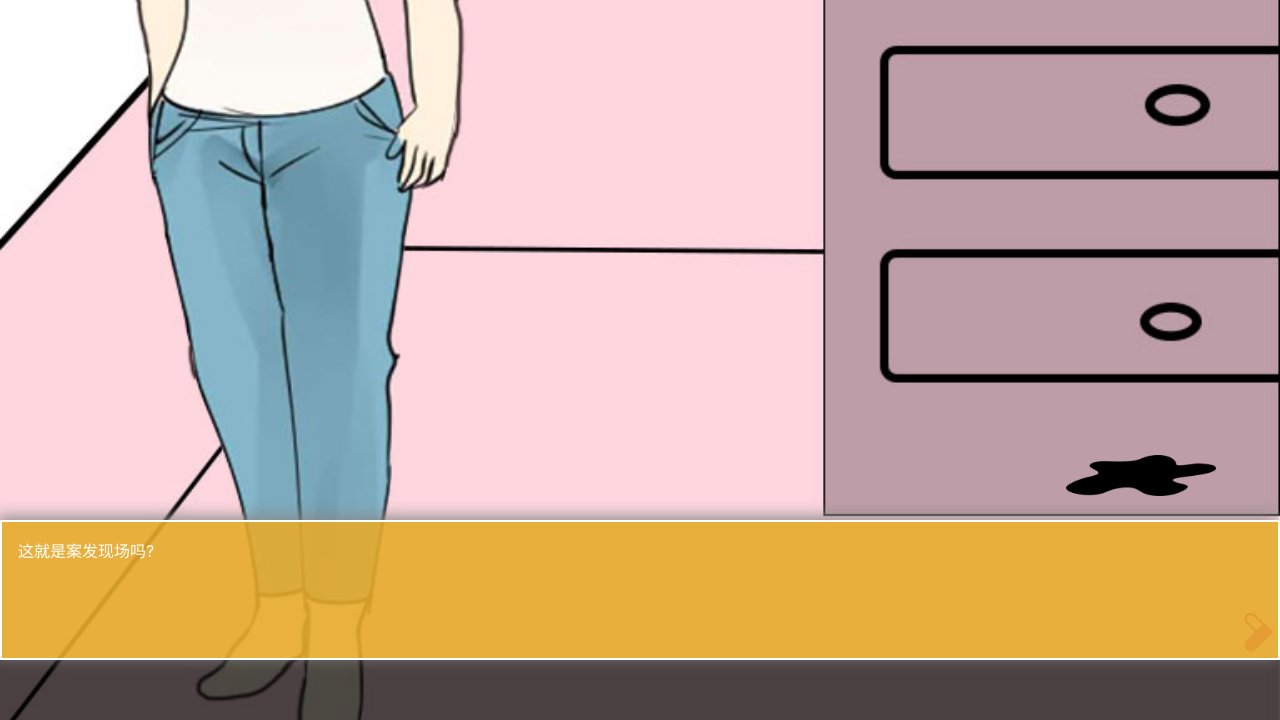
Repository: Jofali/reasoning-genius
Page: /
These files come from the project's save history. The page is drawn as it stood at one moment and after the next save; the edit follows.
The browser window is 1280 px wide. The pictures show the whole page.
The project was rebuilt for these pictures with package versions that can differ from the ones it lists, and the page was loaded fresh each time. Also part of the build but not shown: src/part2/part2.css, src/part2/part2.js.

Above is the page before, as saved 2019-05-22 16:39:25.

### public/index.html
<!DOCTYPE html>
<html lang="en">
  <head>
    <meta charset="utf-8" />
    <link rel="shortcut icon" href="%PUBLIC_URL%/favicon.ico" />
    <meta name="viewport" content="width=device-width, initial-scale=1" />
    <meta name="theme-color" content="#000000" />
    <!--
      manifest.json provides metadata used when your web app is installed on a
      user's mobile device or desktop. See https://developers.google.com/web/fundamentals/web-app-manifest/
    -->
    <link rel="manifest" href="%PUBLIC_URL%/manifest.json" />
    <!--
      Notice the use of %PUBLIC_URL% in the tags above.
      It will be replaced with the URL of the `public` folder during the build.
      Only files inside the `public` folder can be referenced from the HTML.

      Unlike "/favicon.ico" or "favicon.ico", "%PUBLIC_URL%/favicon.ico" will
      work correctly both with client-side routing and a non-root public URL.
      Learn how to configure a non-root public URL by running `npm run build`.
    -->
    <title>Reasoning Genius</title>
  </head>
  <body>
    <noscript>You need to enable JavaScript to run this app.</noscript>
    <div id="root"></div>
    <!--
      This HTML file is a template.
      If you open it directly in the browser, you will see an empty page.

      You can add webfonts, meta tags, or analytics to this file.
      The build step will place the bundled scripts into the <body> tag.

      To begin the development, run `npm start` or `yarn start`.
      To create a production bundle, use `npm run build` or `yarn build`.
    -->
  </body>
</html>

### src/index.css
body {
  margin: 0;
  font-family: -apple-system, BlinkMacSystemFont, "Segoe UI", "Roboto", "Oxygen",
    "Ubuntu", "Cantarell", "Fira Sans", "Droid Sans", "Helvetica Neue",
    sans-serif;
  -webkit-font-smoothing: antialiased;
  -moz-osx-font-smoothing: grayscale;
}

code {
  font-family: source-code-pro, Menlo, Monaco, Consolas, "Courier New",
    monospace;
}

#root {
  height: 100%;
}

*{
  padding: 0;
  margin: 0;
}

html,body {
  height: 100%;
}

### src/App.js
import React, { Component } from 'react';
import { CSSTransition } from 'react-transition-group';

import Part1 from './part1/part1';
import Part2 from './part2/part2';
import Title from './title/title';
import Inventory from './inventory/inventory';

import './App.css';
import arrNext from './assets/arrnext.svg';

class App extends Component {
  constructor(props) {
    super(props);
    this.state = {
      button: <Part1 />,
      arr: arrNext,
      arrStatus: "next",
      maxPartNum: 1,
      showPart: true
    };
    this.stepTo = this.stepTo.bind(this);
  }

  partNum = 0;
  timer = null;
  stepTo() {
    if(this.partNum === this.state.maxPartNum) {
      this.partNum = 0;
    } else {
      this.partNum += 1;
    }

    this.setshow(false);
    if(this.timer !== null) {
      clearTimeout(this.timer);
    }
    this.timer = setTimeout( () => {
      switch(this.partNum)
      {
        case 0:
          this.setState({ button: <Part1 /> })
          this.setState({ arrStatus: "next" });
          break;
        case 1:
          this.setState({ button: <Part2 /> })
          this.setState({ arrStatus: "prev" })
          break;
        default:
          this.setState({ button: <Part1 /> })
      }
      this.setshow(true);
    }, 300);

  }

  setshow(bool) {
    this.setState({ showPart: bool })
  }

  render() {
    return (
        <div className="App">
          <div className="arr" onClick={this.stepTo}>
            <img src={this.state.arr} className={this.state.arrStatus} alt=""/>
          </div>
          <CSSTransition
              in={this.state.showPart}
              timeout={300}
              classNames="alert"
              unmountOnExit
            >
              { this.state.button }
          </CSSTransition>
          <Title />
          <Inventory />
        </div>
    );
  }
}

export default App;

### src/part1/part1.js
import React from 'react';

import heisiyeti from '../assets/heiseyeti.png';
import './part1.css';

function Part1() {
  return (
    <div className="part1">
      <div className="black-juice">
        <img src={heisiyeti} alt=""/>
      </div>
    </div>
  );
}

export default Part1;

### src/title/title.js
import React from 'react';

import './title.css';
function Title() {
  return (
    <div>
      <div className="title">
        <div className="title-content-wrap">
          这就是案发现场吗?
        </div>
      </div>
    </div>
  );
}

export default Title;

### src/inventory/inventory.js
import React from 'react';

import './inventory.css';
function Inventory() {
  return (
      <div className="inventory-content-wrap"></div>
  );
}

export default Inventory;

### src/App.css
.App {
  width: 100%;
  height: 100%;
  background: rgb(253,214,222);
  position: relative;
}

.App img {
  width: 100%;
}

.arr {
  position: fixed;
  bottom: 60px;
  right: 0;
  width: 3rem;
  z-index: 2;
}

.next {
  transform: rotate(0);
}

.prev {
  transform: rotate(180deg);
}

.arr img {
  max-width: 100%;
  transition: all .3s;
}

.alert-enter {
  opacity: 0;
}
.alert-enter-active {
  opacity: 1;
  transform: translateX(0);
  transition: opacity 300ms, transform 300ms;
}
.alert-exit {
  opacity: 1;
}
.alert-exit-active {
  opacity: 0;
  transition: opacity 300ms, transform 300ms;
}

### src/part1/part1.css
.part1 {
  width: 100%;
  height: 100%;
  background: url("../assets/tu1beijing.jpg") center center no-repeat;
  background-size: 100%;
  position: relative;
}

.black-juice {
  width: 150px;
  position: absolute;
  bottom: 220px;
  right: 5%;
}

.black-juice img {
  max-width: 100%;;
}

### src/title/title.css
.title {
  position: fixed;
  width: 100%;
  height: 100%;
  z-index: 10;
  top: 0;
}

.title-content-wrap {
  width: 100%;
  height: 140px;
  position: absolute;
  bottom: 60px;
  border: 2px solid #fff;
  box-shadow: -3px -3px 15px #888888;
  background: rgba(230, 171, 44, 0.9);
  color: #fff;
  box-sizing: border-box;
  padding: 1rem;
}

### src/inventory/inventory.css
.inventory-content-wrap {
  width: 100%;
  height: 60px;
  position: absolute;
  bottom: 0;
  background: rgba(0,0,0,0.7);
  color: pink;
  box-sizing: border-box;
  padding: 1rem;
}

Loaded but not shown: src/index.js (common file); src/serviceWorker.js (common file)

After the next save:
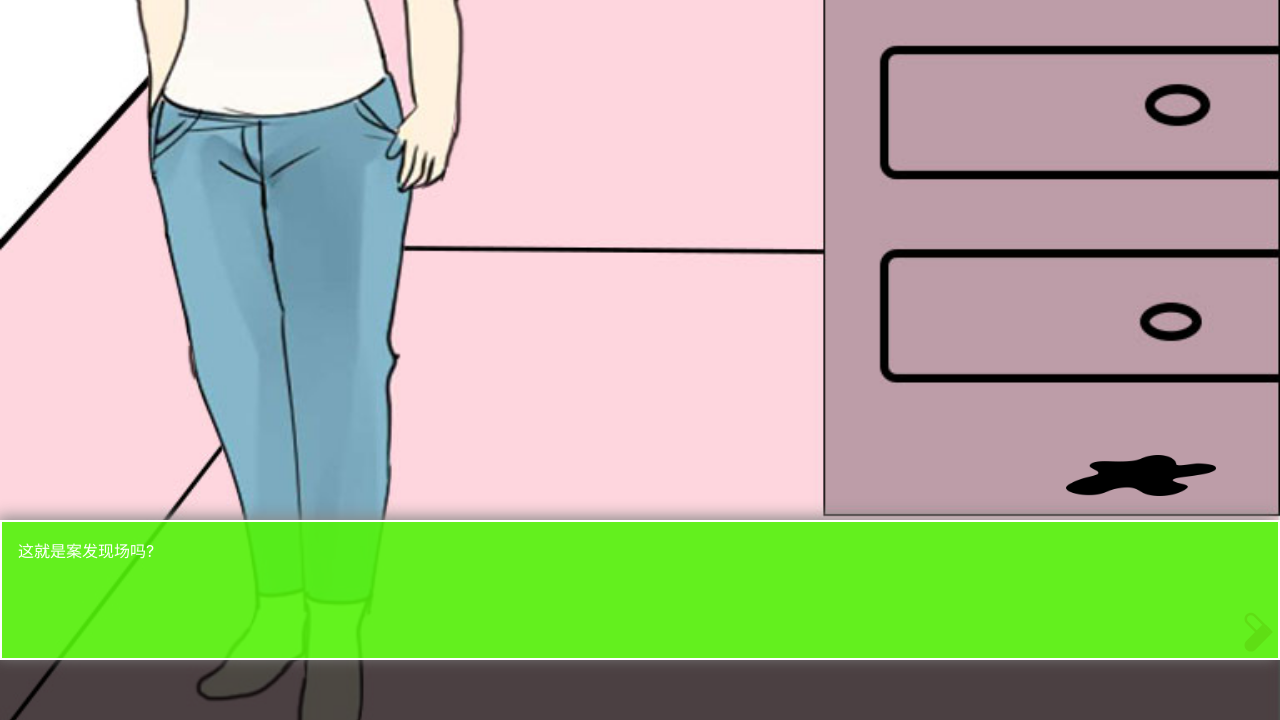
Saved 15 s later.
--- a/src/title/title.css
+++ b/src/title/title.css
@@ -13,7 +13,7 @@
   bottom: 60px;
   border: 2px solid #fff;
   box-shadow: -3px -3px 15px #888888;
-  background: rgba(230, 171, 44, 0.9);
+  background: rgba(83, 243, 9, 0.9);
   color: #fff;
   box-sizing: border-box;
   padding: 1rem;
